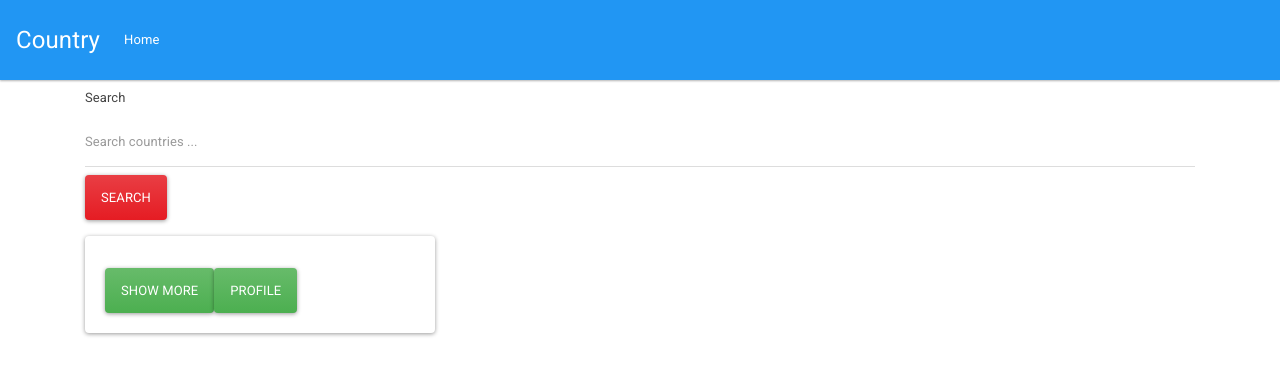
Repository: abdelhak-f/Countries_React
Page: / (app in client/)
These files come from the project's save history. The page is drawn as it stood at one moment and after the next save; the edit follows.
The browser window is 1280 px wide. The pictures show the whole page.
The page's requests for data from a server got no answer. The project was rebuilt for these pictures with package versions that can differ from the ones it lists, and the page was loaded fresh each time. No one was signed in, and anything a server would have sent is missing.

Above is the page before, as saved 2021-05-06 11:50:53.

### client/src/App.js
import  React from 'react';
import './App.css';
import Countries from  './components/Countries';
import  Navbar from './components/partials/Navbar';

function App() {
  return (
    <div className="App">
      <Navbar />
      <div class="container">
             <Countries />
      </div>

    </div>
  );
}

export default App;

### client/src/components/Countries.jsx
import React, { Component } from 'react';
import  Country  from  './countrys/Country';
import SearchCountry from './countrys/SearchCountry';
import axios from 'axios';

class Countries extends Component {

    constructor(props) {
        super(props)

        this.state = {
             countries: [
                 {

                 }
             ]
        }
    }
    getCountry = () => {
        axios.get('https://restcountries.eu/rest/v2/all')
                       .then(response => {
                           this.setState({
                            countries: response.data
                           })
                       })
    }
    componentDidMount() {
        this.getCountry();
    }

  render() {
    return (
      <div>
          <div className="row">
              <div className="col-md-12">
       <SearchCountry />
              </div>
          </div>
          <div className="row">
        {this.state.countries.map (country => (
            <div className="col-md-4 mt-3">
              <Country  country={country} />
               </div>
        ))}
        </div>
      </div>
    )
  }
}

export default Countries

### client/src/components/partials/Navbar.jsx
import React from 'react';

export default function Navbar() {
  return (
    <>
    <nav className="navbar navbar-expand-sm navbar-dark bg-primary">
        <a className="navbar-brand" href="#">Country</a>
        <button className="navbar-toggler d-lg-none" type="button" data-toggle="collapse" data-target="#collapsibleNavId" aria-controls="collapsibleNavId"
            aria-expanded="false" aria-label="Toggle navigation">
            <span className="navbar-toggler-icon"></span>
        </button>
        <div className="collapse navbar-collapse" id="collapsibleNavId">
            <ul className="navbar-nav mr-auto mt-2 mt-lg-0">
                <li className="nav-item active">
                    <a className="nav-link" href="#">Home <span className="sr-only">(current)</span></a>
                </li>
            </ul>

        </div>
    </nav>
    </>
  );
}

### client/src/components/countrys/Country.jsx
import React, { Component } from 'react'

class Country extends Component {
  render() {
    return (
      <>
         <div className="card">
                   <img className="card-img-top" src= {this.props.country.flag}  alt="" />
                   <div className="card-body">
                       <h4 className="card-title">{this.props.country.name}</h4>
                       <p className="card-text">
                           <a href= {this.props.country.code} className="btn btn-success ">show more</a>
                           <a href={this.props.country.regionalBlocs} className="btn btn-success ">profile</a>
                       </p>
                   </div>
                   </div>
      </>
    )
  }
}

export default Country

### client/src/components/countrys/SearchCountry.jsx
import React, { Component } from 'react'

class SearchCountry extends Component {
  render() {
    return (
      <>
        <form >
            <div className="form-group my-2">
                <label htmlFor="search">Search</label>
                <input placeholder='Search countries ...' id="search" type="text" className="form-control"/>
                </div>
                <button className="btn btn-danger">Search</button>
        </form>
      </>
    )
  }
}

export default SearchCountry

Loaded but not shown: client/public/index.html (common file); client/src/index.js (common file); client/src/App.css (library)

After the next save:
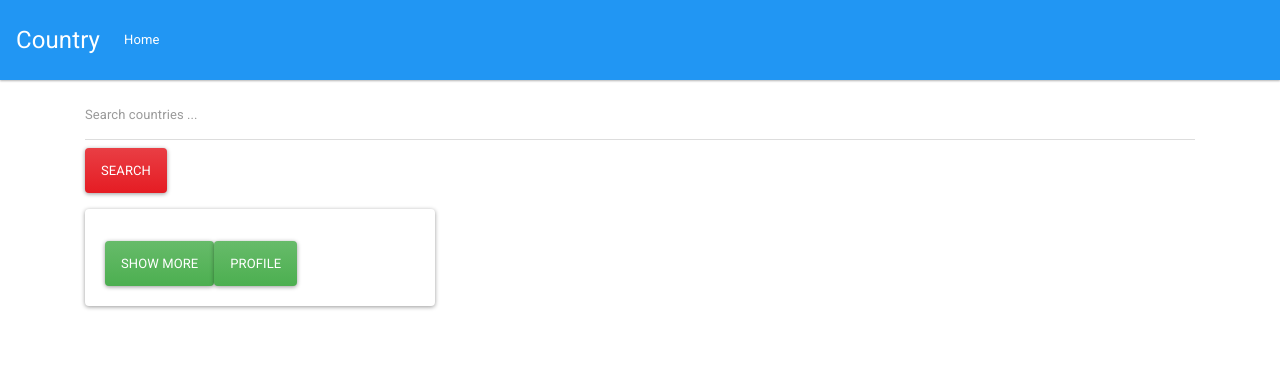
Saved 33 s later.
--- a/client/src/components/countrys/SearchCountry.jsx
+++ b/client/src/components/countrys/SearchCountry.jsx
@@ -6,7 +6,7 @@ class SearchCountry extends Component {
       <>
         <form >
             <div className="form-group my-2">
-                <label htmlFor="search">Search</label>
+                {/* <label htmlFor="search">Search</label> */}
                 <input placeholder='Search countries ...' id="search" type="text" className="form-control"/>
                 </div>
                 <button className="btn btn-danger">Search</button>
